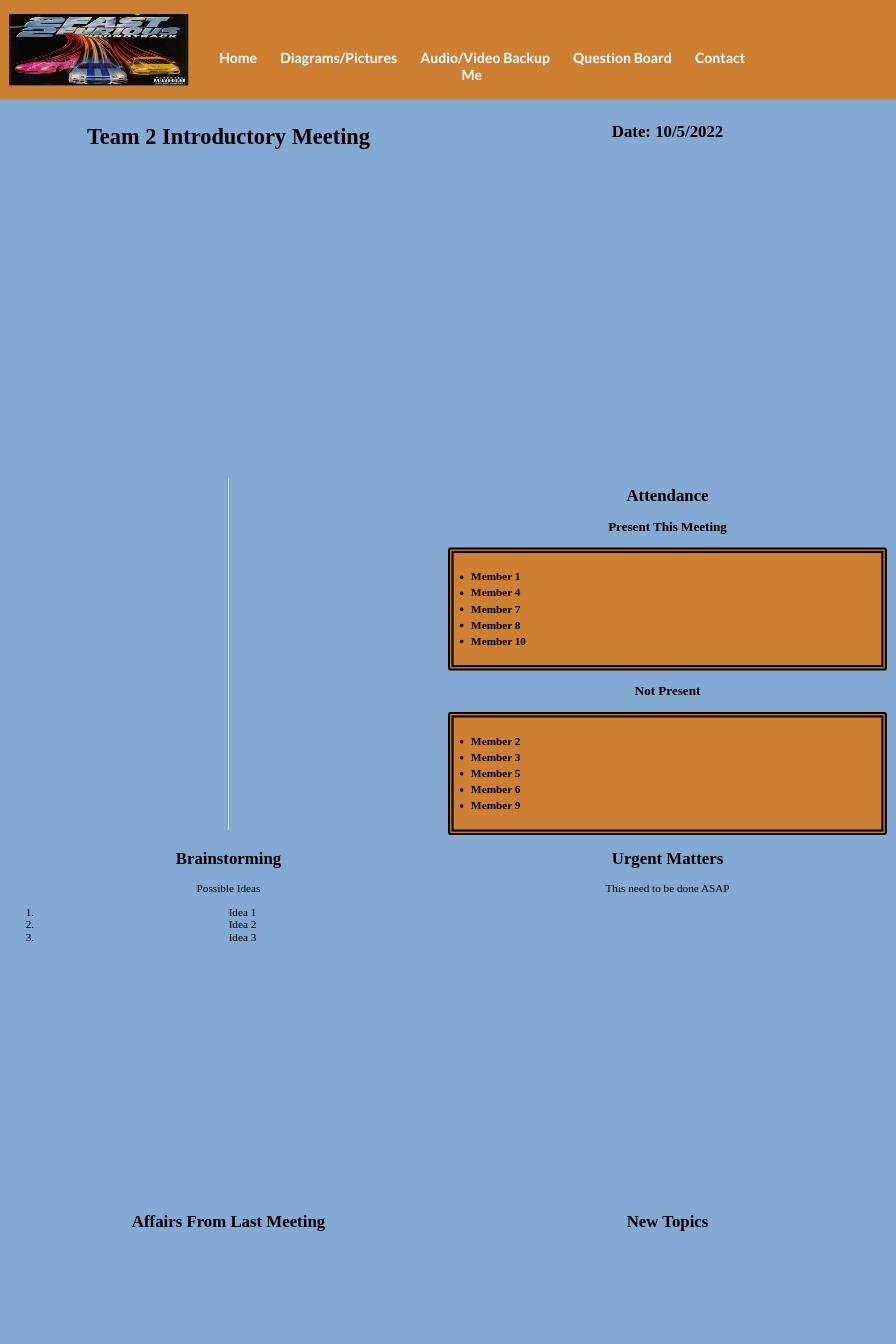
Repository: Chieh0501/fa22-cse110-lab3
Page: index.html
The author's editor kept a copy of each file at every save. The page is drawn from the files as they stood at one save, then again after the next save.
The browser window is 1280 px wide. The pictures show the part of the page from y = 0 to 1920 px (the page is 2803 px tall), at 70% of full size.

Above is the page before, as saved 2022-10-12 13:25:16.

### index.html
<!DOCTYPE html>
<html lang="en">

<head>
	<meta charset="utf-8" />
	<meta name="description" content="Team 2 Meeting Notes" />
	<meta name="keywords" content="HTML, CSS, JavaScript" />
	<meta name="author" content="Chieh-Hsiu Hung" />
	<meta name="viewport" content="width=device-width, initial-scale=1.0" />
	<title>Team 2 Meeting Notes</title>
	<link href="images/favicons/favicon.ico" rel="icon" />
	<link href="styles/main.css" rel="stylesheet" />
	<!-- <script>
		window.addEventListener('load', function () {
			let time = window.performance.timing,
				complete = time.domComplete - time.domLoading;
			document.getElementById('page-load-info').innerHTML = `<strong>Page Loaded in ${parseInt(complete)}ms
			 on ${new Date().toLocaleString("en-US")}</strong>`;
		});
	</script> -->

</head>

<body>
	<header>
		<img src="images/logo.png" alt="Demo Team Logo" class="logo" id="logo">
		<nav class="navBar">
			<a href="index.html">Home</a>
			<a href="images.html">Diagrams/Pictures</a>
			<a href="multimedia.html">Audio/Video Backup</a>
			<a href="questions.html">Question Board</a>
			<a href="contacts.html">Contact Me</a>
		</nav>
	</header>

	<main id="home_main">
		<h1 id="top">Team 2 Introductory Meeting</h1>
		<h2 id="date">Date: 10/5/2022</h2>
		<hr id="blocker" />
		<section id="attendance" class="attendance">
			<h2>Attendance</h2>
			<!-- <form>
				Add Checkbox state with JS later
				<input type="checkbox" id="member1" name="member1" value="chung">
				<label for="vehicle1"> Chieh-Hsiu Hung</label><br>
				<input type="checkbox" id="member2" name="member2" value="avalliani">
				<label for="vehicle1"> Amaar Valliani</label><br>
				<input type="checkbox" id="member3" name="member3" value="ajia">
				<label for="vehicle1"> Andrew Jia</label><br>
				<input type="checkbox" id="member4" name="member4" value="ivarela">
				<label for="vehicle1"> Issac Varela</label><br>
				<input type="checkbox" id="member5" name="member5" value="lnguyen">
				<label for="vehicle1"> Liam Nguyen</label><br>
				<input type="checkbox" id="member6" name="member6" value="nrao">
				<label for="vehicle1"> Nikhil Rao</label><br>
				<input type="checkbox" id="member7" name="member7" value="sdadhwal">
				<label for="vehicle1"> Sahil Dadhwal</label><br>
				<input type="checkbox" id="member8" name="member8" value="tkoon">
				<label for="vehicle1"> Thomas Koon</label><br>
				<input type="checkbox" id="member9" name="member9" value="ycao">
				<label for="vehicle1"> Yingqi Cao</label><br>
				<input type="checkbox" id="member10" name="member10" value="yxu">
				<label for="vehicle1"> YunXiao Xu</label><br>
				<input type="submit" value="Submit">
			  </form> -->
			  <h3>Present This Meeting</h3>
			  <ul>
				<li>Member 1</li>
				<li>Member 4</li>
				<li>Member 7</li>
				<li>Member 8</li>
				<li>Member 10</li>
			  </ul>
			  <h3>Not Present</h3>
			  <ul>
				<li>Member 2</li>
				<li>Member 3</li>
				<li>Member 5</li>
				<li>Member 6</li>
				<li>Member 9</li>
			  </ul>
		</section>
		<section class="brainstorming">
			<h2>Brainstorming</h2>
			<div>Possible Ideas</div>
			<ol>
				<li>Idea 1</li>
				<li>Idea 2</li>
				<li>Idea 3</li>
			  </ol>
		</section>
		<section class="urgent">
			<h2>Urgent Matters</h2>
			<p id="urgent"><span>This need to be done ASAP</span></p>
		</section>
		<section class="last_meeting">
			<h2>Affairs From Last Meeting</h2>
		</section>
		<section class="new_topics">
			<h2>New Topics</h2>
		</section>
		<section class="tbd">
			<h2>To Be Discussed</h2>
		</section>
		<section class="summation">
			<h2>General Summation</h2>
			<p>This Meeting, we covered a general introduction to all the members and ........(insert text here)</p>
		</section>
	</main>

	<footer>
		<hr />
		<div>This page was made by <i><b>Chieh-Hsiu Hung</b></i></div>
		<aside>Last Edited on <strong>10/12/2022</strong></aside>
	</footer>
</body>

</html>

### styles/main.css
/* main.css */

html,

:root {
  --vw-lg: 1920px;
  --vw-md: 1366px;
  --vw-sm: 600px;
  --primary-color: #84aad4;
  --secondary-color: white;
  --accent-color-1: #CD7F32;
  --accent-color-2: #969696;
  --accent-color-3: hsl(150deg 30% 60%);
}

body {
  background-color: var(--primary-color);
  display: block;
  margin: 0;
  padding: 0;
}
@font-face {
  font-family: "Lato";
  font-style: normal;
  font-weight: 400;
  src: url("../fonts/Lato/Lato-Regular.ttf") format("truetype");
}
@font-face {
  font-family: "Lato";
  font-weight: bold;
  font-weight: 400;
  src: url("../fonts/Lato/Lato-Bold.ttf") format("truetype");
}
@font-face {
  font-family: "Lato";
  font-style: italic;
  font-weight: 400;
  src: url("../fonts/Lato/Lato-Italic.ttf") format("truetype");
}
.grid main{
  display: grid;
}

/****** header ******/

header {
  display:grid;
  grid-template-columns: repeat(6, 1fr);
  gap: 1rem;
  text-align: center;
  padding: 20px 0;
  font-family: "Lato", bold;
  background: var(--accent-color-1);
}

#logo {
  margin-left: 1vw;
  float: left;
  height: 3vw;
}
/******* NavBar *******/
.navBar {
  grid-column: 2 / span 4;
  position: relative;
  overflow: hidden;
  margin-top: 50px;
}
.navBar > a{
  float: none;
  color: #ffffff;
  text-align: center;
  padding: 15px 15px;
  text-decoration: none;
  font-size: 20px;
}
.navBar a:hover{
  text-decoration: underline;
}
.navBar a:visited{
  color: #000000;
}

/****** home content ******/
#home_main {
  display:grid;
  margin: 1vw;
  grid-template-columns: repeat(2, 1fr);
  grid-template-rows: repeat(5, 1fr);
  text-align: center;
}

.attendance ul{
  background-color: var(--accent-color-1);
  border: 8px double black;
  border-radius: 4px;
  margin: 0 auto;
  padding: 20px;
  text-align: left;
}

ul li {
  margin: 5px;
  font-weight: bold;
}
.title {
  float:initial;
  grid-row: 1;
  grid-column: 1;
  z-index: 1;
  font-size: 6vw;
}
.contactform{
  position: relative;
  grid-row: 2 / span 6;
  background-color: var(--secondary-color);
  margin-left: 2vw;
  grid-column: 1 / span 2;
  height: auto;
}
.contactform label{
  position: relative;
  font-weight: bold;
}
.contactform input[type = text], select, textarea{
  width: 100%;
  padding: 6px;
  grid-column: 1 / span 6;
  border: 1px solid var(--accent-color-1);
  border-radius: 6px;
  resize: vertical;
}
/******* about main ******/
main#about_main{
  display:grid;
  margin-left: 1vw;
  margin-right: 1vw;
  grid-template-columns: repeat(5, 1fr);
  grid-template-rows: repeat(3, 1fr);
  text-align: center;
}
/***** Button *******/
.button{
  display: inline-block;
  width: fit-content;
  height: fit-content;
  padding: 1vw 2vw;
  text-align: center;
  text-decoration: none;
  color: var(--primary-color);
  background-color: var(--accent-color-1);
  border-radius: 8px;
  outline: none;
}
.button:hover{
  text-decoration: underline;
  color:azure;
  background-color: #969696;
}
@media screen and (max-width: 800px){
  #index_main{
    display:grid;
    margin-left: 1vw;
    margin-right: 1vw;
    grid-template-columns: repeat(6, 1fr);
    grid-template-rows: repeat(6, 1fr);
    text-align: center;
  }
  main.main2{
    display:grid;
    margin-left: 1vw;
    margin-right: 1vw;
    grid-template-columns: 1fr;
    grid-template-rows: repeat(4, 1fr);
    text-align: center;
  }
  #contact_frame{
    width: 100%;
    margin-left: 1vw;
    grid-column: 1;
    grid-row: 3;
  }
  .navBar a{
    float: none;
    display: none;
  }

  .title{
    display:none;
  }
  .short_title{
    display: block;
    grid-row: 1 / span 3;
    grid-column: 2 / span 4;
    font-size: 6vw;
  }
  img{
    width: 80vw;
  }
  #hamburger{
    display: block;
  }
  #hamburger input{
    display: block;
  }
  .contactform{
    grid-column: 1;
  }
  #notice{
    display: none;
  }
  .button{
    width: 60vw;
    height: 20vw;
  }
  #Contact_Button{
    grid-row: 3 / span 2;
    grid-column: 2 / span 6;
  }
  #download_resume{
    grid-row: 6 / span 2;
    grid-column: 2 / span 6;
  }
  img#logo {
    width: 40vw;
    height: 16vw;
  }
}
@media screen and (max-width: 1366px) {
  main{
    display:grid;
    margin-left: 1vw;
    margin-right: 1vw;
    grid-template-columns: 1fr;
    grid-template-rows: repeat(3, 1fr);
    text-align: center;
  }
  #index_main{
    display:grid;
    margin-left: 1vw;
    margin-right: 1vw;
    grid-template-columns: repeat(6, 1fr);
    grid-template-rows: repeat(6, 1fr);
    text-align: center;
  }
  .title{
    display:none;
  }
  .short_title{
    display: block;
    grid-row: 1 / span 3;
    grid-column: 2 / span 4;
    font-size: 6vw;
  }
  main.main2{
    display:grid;
    margin-left: 1vw;
    margin-right: 1vw;
    grid-template-columns: repeat(2, 1fr);
    grid-template-rows: repeat(2, 1fr);
    text-align: center;
  }
  main.about_main{
    display:grid;
    margin-left: 1vw;
    margin-right: 1vw;
    grid-template-columns: 1fr;
    grid-template-rows: repeat(4, 1fr);
    text-align: center;
  }
  section#diving{
    grid-row: 1;
    grid-column: 1;
  }
  section#sailing{
    grid-row: 2;
    grid-column: 1;
  }
  video{
    width: 80vw;
  }
  img{
    width: 80vw;
  }
  section#snowboarding{
    grid-row: 3;
    grid-column: 1;
  }
  section#songs{
    grid-row:4;
    grid-column: 1;
  }
  .contactform{
    grid-column: 1/ span 6;
  }
  #notice{
    display: none;
    font-variant:small-caps;
  }
  #contact_frame{
    margin-left: 1vw;
    grid-column: 1;
    grid-row: 3;
  }
  .title2{
    width: 30vw;
    grid-column: 2;
    grid-row: 1 / span 2;
  }
  #clock{
    grid-column: 1;
    grid-row: 1;
  }
  h1.project{
    align-self: center;
    grid-row: 1;
    grid-column: 1;
  }
  img#logo {
    width: 20vw;
    height: 8vw;
  }
}
/* a:link { color: #3366BB; }
a:visited { color: #663366 }
a:visited:hover { color: #0b0080; }
a:hover { color: gray; }
a:active { background-color: yellow; border: 4px solid red;} */


/****** footer ******/
footer {
  font-size: small;
  text-align: center;
}

After the next save:
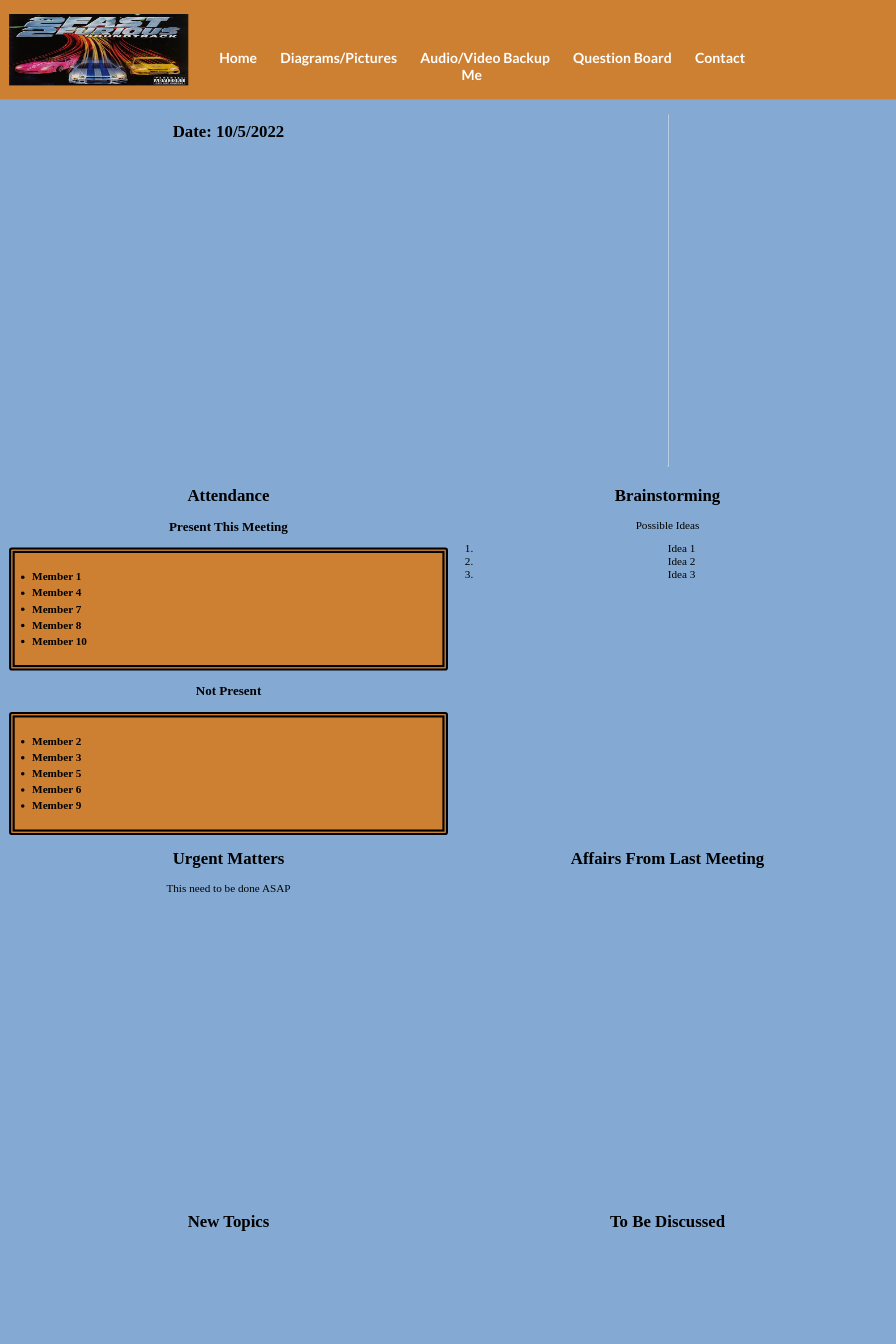
Saved 30 s later.
--- a/index.html
+++ b/index.html
@@ -34,7 +34,7 @@
 	</header>
 
 	<main id="home_main">
-		<h1 id="top">Team 2 Introductory Meeting</h1>
+		<h1 class="title">Team 2 Introductory Meeting</h1>
 		<h2 id="date">Date: 10/5/2022</h2>
 		<hr id="blocker" />
 		<section id="attendance" class="attendance">
